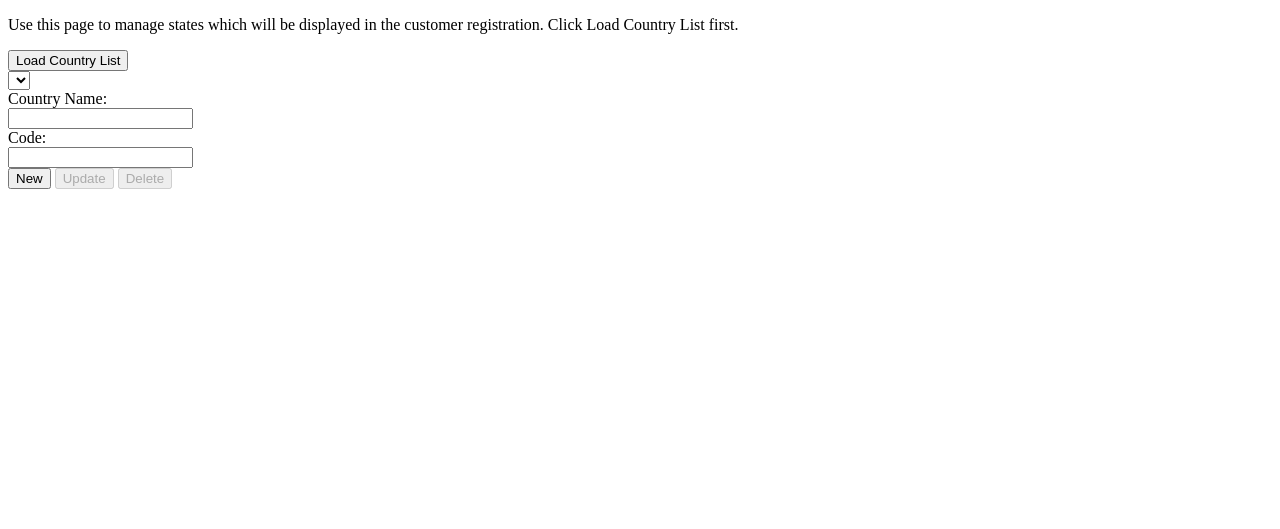
Repository: theAnh-js/Spring-Boot-E-commerce
Page: http://localhost/settings/states
These files come from the project's save history. The page is drawn as it stood at one moment and after the next save; the edit follows.
The browser window is 1280 px wide. The pictures show the whole page.
The page is this project's Thymeleaf template; nobody is signed in. The template is opened directly, without the code that normally fills it, so the values that code supplies are empty.

Above is the page before, as saved 2024-02-18 05:45:03.

### ShopmeProject/ShopmeWebParent/ShopmeBackEnd/src/main/resources/templates/settings/states.html
<!DOCTYPE html>
<html xmlns:th="http://www.thymeleaf.org">
<body>
<div th:fragment = "content" th:remove="tag">
	<div>
		<p>
			Use this page to manage states which will be displayed in the customer registration.
			Click Load Country List first.
		</p>
	</div>
	<div>
		<input type="button" id="buttonLoadCountriesForState" class="btn btn-primary m-2" value="Load Country List"/>
	</div>
	<div>
		<select id="dropDownCountriesForState" class="form-control m-2">

		</select>
	</div>
	<div class="form-group row ml-2">
		<label class="col-form-label mt-2" id="labelCountryName">Country Name:</label>
		<div class="col-md">
			<input type="text" class="form-control mt-2" id="fieldCountryName"/>
		</div>

		<label class="col-form-label mt-2">Code:</label>
		<div class="col-md">
			<input type="text" class="form-control mt-2" id="fieldCountryCode"/>
		</div>

		<div class="col-lg-4 mt-2">
			<input type="button" id="buttonAddCountry" value="New" class="btn btn-secondary mr-2"/>
			<input type="button" id="buttonUpdateCountry" value="Update" class="btn btn-secondary mr-2" disabled="disabled"/>
			<input type="button" id="buttonDeleteCountry" value="Delete" class="btn btn-secondary" disabled="disabled"/>
		</div>
	</div>

</div>
</body>
</html>

After the next save:
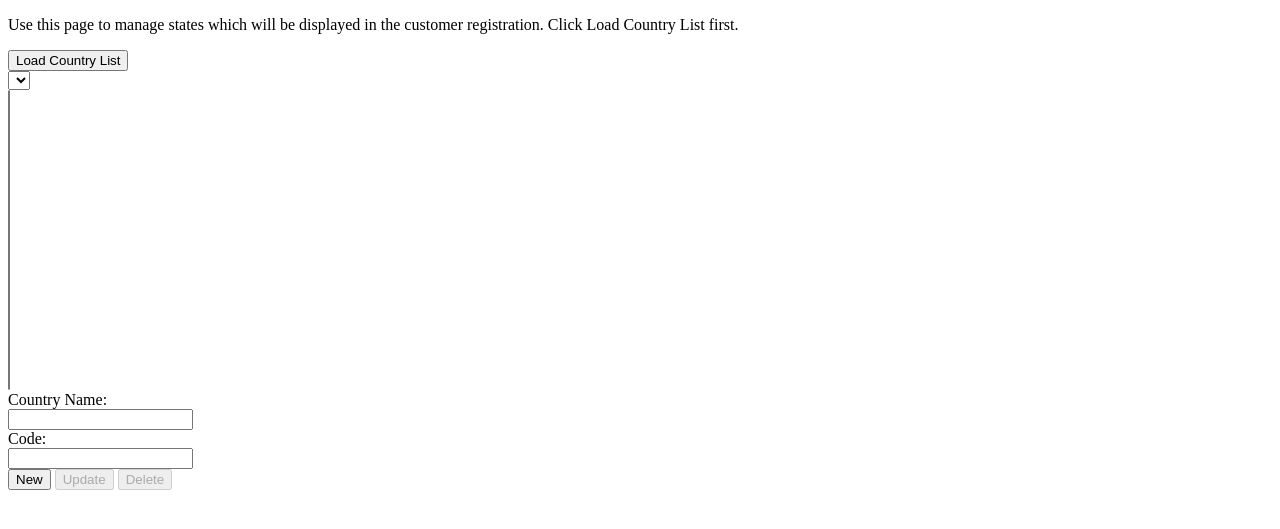
Saved 68 s later.
--- a/ShopmeProject/ShopmeWebParent/ShopmeBackEnd/src/main/resources/templates/settings/states.html
+++ b/ShopmeProject/ShopmeWebParent/ShopmeBackEnd/src/main/resources/templates/settings/states.html
@@ -16,6 +16,13 @@
 
 		</select>
 	</div>
+
+	<div>
+		<select id="dropDownStates" class="form-control m-2" style="height: 300px" size="3">
+
+		</select>
+	</div>
+
 	<div class="form-group row ml-2">
 		<label class="col-form-label mt-2" id="labelCountryName">Country Name:</label>
 		<div class="col-md">
